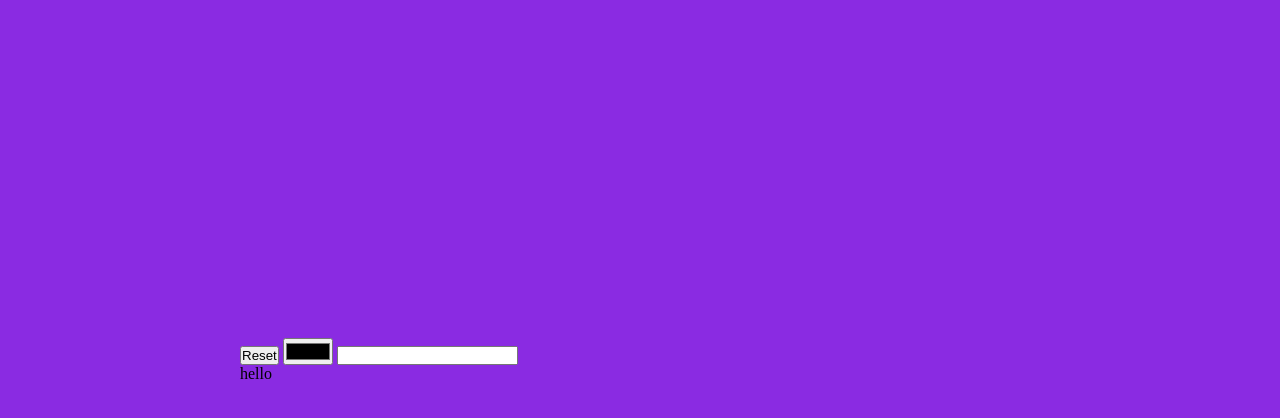
Repository: Larrowo/Challenges
Page: Pixel-Art/index.html
An editor plug-in stored every save of this project. The page is shown before and after the next save, followed by the edit.
The browser window is 1280 px wide. The pictures show the whole page.

Above is the page before, as saved 2022-04-20 12:12:54.

### Pixel-Art/index.html
<!DOCTYPE html>
<html lang="en">
<head>
    <meta charset="UTF-8">
    <meta http-equiv="X-UA-Compatible" content="IE=edge">
    <meta name="viewport" content="width=device-width, initial-scale=1.0">
    <title>Document</title>
    <link rel="stylesheet" href="style.css">
    <script src="/Pixel-Art/main.js" defer></script>
</head>
<body>
    <div class="navbar">
        <button class="btn">Reset</button>
        <input type="color" class="color">
        <input type="number" class="size">
    </div>
    <div class="container">
        hello
    </div>
</body>
</html>

### Pixel-Art/style.css
*{
    margin: 0;
    padding: 0;
}

html, body{
    height: 100%;
}

body{
    background-color: blueviolet;
    display: flex;
    justify-content: center;
    align-items: center;
    flex-direction: column;

}

.navbar, .container{
    background-color:rgba(28,28,29,);
    width: 800px;
    border-radius: 3px;
}

.narvar{
    padding: 1em;
    margin-bottom: 1em;
    display: flex;
    justify-content: center;
    align-items: center;
}

Loaded but not shown: Pixel-Art/main.js (no stored copy; drawn as an empty file)

After the next save:
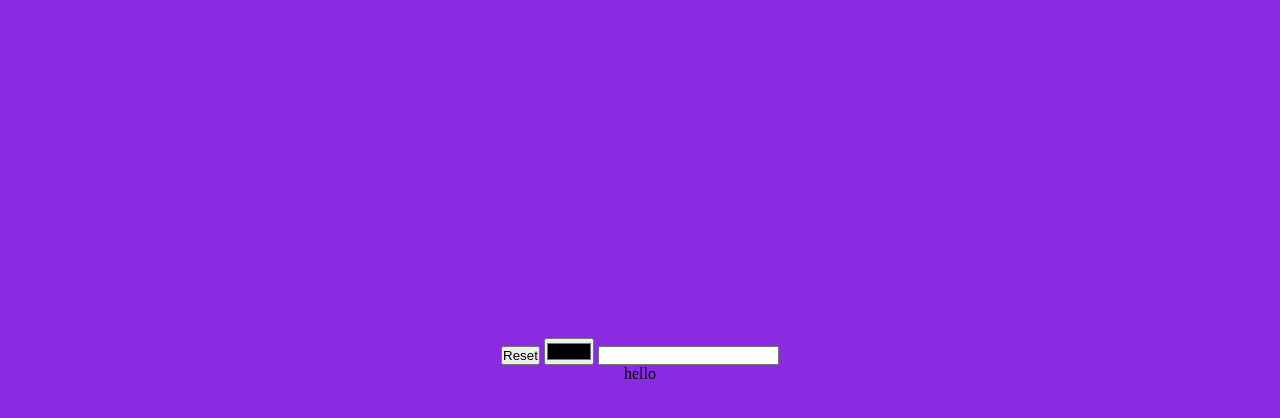
Saved 88 s later.
--- a/Pixel-Art/style.css
+++ b/Pixel-Art/style.css
@@ -18,7 +18,7 @@ body{
 
 .navbar, .container{
     background-color:rgba(28,28,29,);
-    width: 800px;
+
     border-radius: 3px;
 }
 
